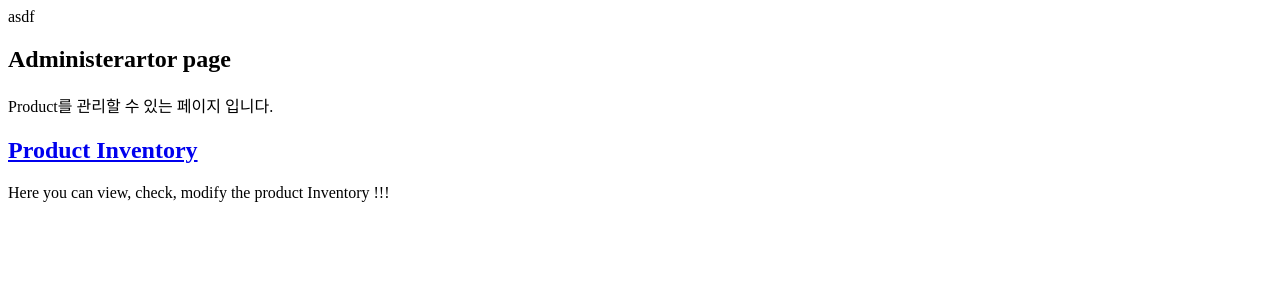
Repository: JHeart/Spring
Page: http://localhost/eStore/WEB-INF/views/admin.jsp
An editor plug-in stored every save of this project. The page is shown before and after the next save, followed by the edit.
The browser window is 1280 px wide. The pictures show the whole page.
The page is served by Tomcat 9. Nobody is signed in. The template is opened directly, without the code that normally fills it, so the values that code supplies are empty.

Above is the page before, as saved 2018-03-23 04:08:46.

After the next save:
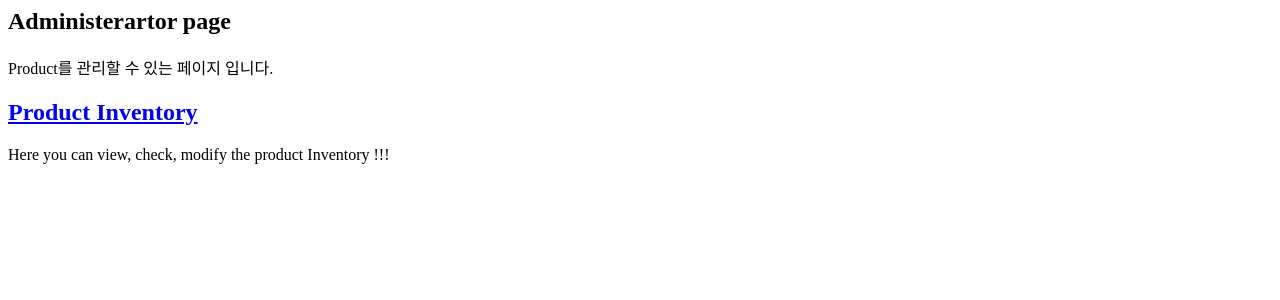
Saved 4 min 51 s later.
--- a/workspace/eStore/src/main/webapp/WEB-INF/views/admin.jsp
+++ b/workspace/eStore/src/main/webapp/WEB-INF/views/admin.jsp
@@ -3,7 +3,7 @@
 <%@ taglib uri="http://java.sun.com/jsp/jstl/core" prefix="c"%>
 
 <div class="container-wrapper">
-asdf
+
 	<div class="container">
 		<h2>Administerartor page</h2>
 		<p class="lead">Product를 관리할 수 있는 페이지 입니다.</p>

After the save that followed:
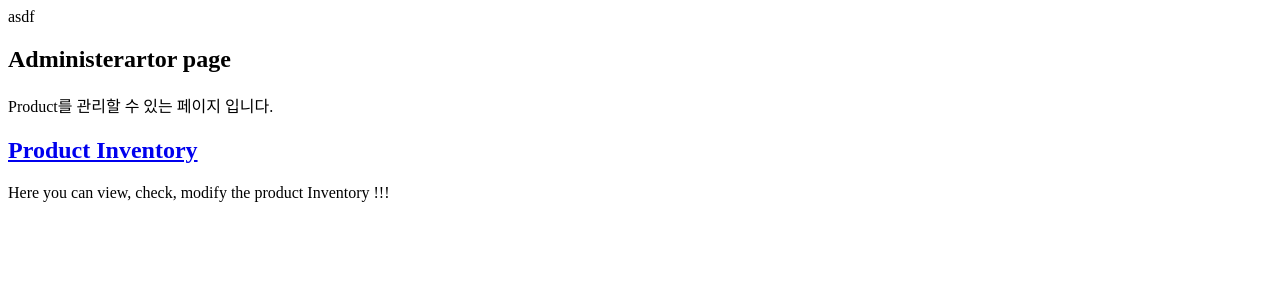
Saved 4 s later.
--- a/workspace/eStore/src/main/webapp/WEB-INF/views/admin.jsp
+++ b/workspace/eStore/src/main/webapp/WEB-INF/views/admin.jsp
@@ -1,7 +1,7 @@
 <%@ page language="java" contentType="text/html; charset=UTF-8"
 	pageEncoding="UTF-8"%>
 <%@ taglib uri="http://java.sun.com/jsp/jstl/core" prefix="c"%>
-
+asdf
 <div class="container-wrapper">
 
 	<div class="container">
